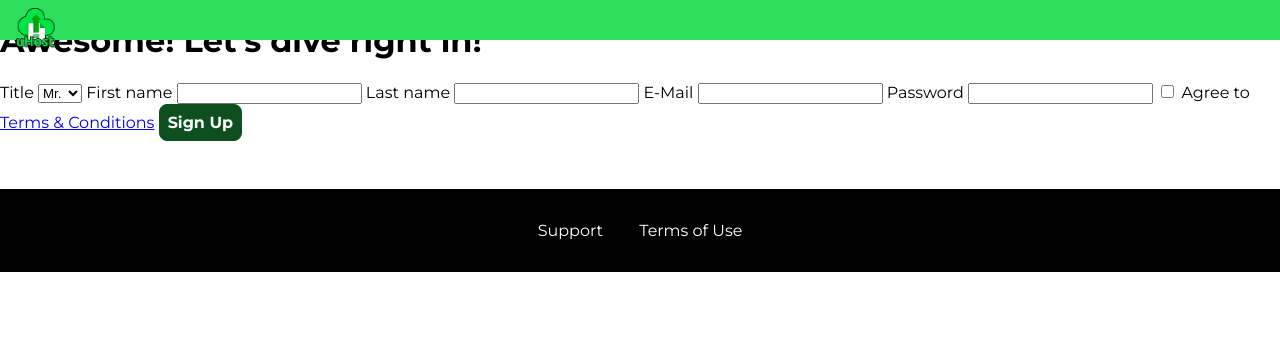
Repository: Nowacki97PL/UdemyCSS
Page: start-hosting/index.html
The author's editor kept a copy of each file at every save. The page is drawn from the files as they stood at one save, then again after the next save.
The browser window is 1280 px wide. The pictures show the whole page.

Above is the page before, as saved 2023-11-30 09:23:54.

### start-hosting/index.html
<!DOCTYPE html>
<html lang="en">

<head>
    <meta charset="UTF-8">
    <meta name="viewport" content="width=device-width, initial-scale=1.0">
    <meta http-equiv="X-UA-Compatible" content="ie=edge">
    <title>uHost Signup</title>
    <link rel="shortcut icon" href="../favicon.png">
    <link href="https://fonts.googleapis.com/css?family=Anton|Montserrat:400,700" rel="stylesheet">
    <link rel="stylesheet" href="../shared.css">
    <link rel="stylesheet" href="start-hosting.css">
</head>

<body>
    <div class="backdrop"></div>
    <header class="main-header">
        <div>
            <button class="toggle-button">
                <span class="toggle-button__bar"></span>
                <span class="toggle-button__bar"></span>
                <span class="toggle-button__bar"></span>
            </button>
            <a href="../index.html" class="main-header__brand">
                <img src="../images/uhost-icon.png" alt="uHost - Your favorite hosting company">
            </a>
        </div>
        <nav class="main-nav">
            <ul class="main-nav__items">
                <li class="main-nav__item">
                    <a href="../packages/index.html">Packages</a>
                </li>
                <li class="main-nav__item">
                    <a href="../customers/index.html">Customers</a>
                </li>
                <li class="main-nav__item main-nav__item--cta">
                    <a href="index.html">Start Hosting</a>
                </li>
            </ul>
        </nav>
    </header>
    <nav class="mobile-nav">
        <ul class="mobile-nav__items">
            <li class="mobile-nav__item">
                <a href="../packages/index.html">Packages</a>
            </li>
            <li class="mobile-nav__item">
                <a href="../customers/index.html">Customers</a>
            </li>
            <li class="mobile-nav__item mobile-nav__item--cta">
                <a href="index.html">Start Hosting</a>
            </li>
        </ul>
    </nav>
    <main class="signup-page">
        <h1 class="signup-title">Awesome! Let's dive right in!</h1>
        <form action="index.html" class="signup-form">
            <label for="title">Title</label>
            <select id="title">
                <option value="mr">Mr.</option>
                <option value="ms">Ms.</option>
            </select>
            <label for="first-name">First name</label>
            <input type="text" id="first-name">
            <label for="last-name">Last name</label>
            <input type="text" id="last-name">
            <label for="email">E-Mail</label>
            <input type="email" id="email">
            <label for="password">Password</label>
            <input type="password" id="password">
            <input type="checkbox" id="agree-terms">
            <label for="agree-terms">Agree to
                <a href="#">Terms &amp; Conditions</a>
            </label>
            <button type="submit" class="button">Sign Up</button>
        </form>
    </main>
    <footer class="main-footer">
        <nav>
            <ul class="main-footer__links">
                <li class="main-footer__link">
                    <a href="#">Support</a>
                </li>
                <li class="main-footer__link">
                    <a href="#">Terms of Use</a>
                </li>
            </ul>
        </nav>
    </footer>
    <script src="../shared.js"></script>
</body>

</html>

### shared.css
* {
  box-sizing: border-box;
}

body {
  font-family: "Montserrat", sans-serif;
  margin: 0;
}

::-webkit-scrollbar {
    width: 0;
}

.backdrop {
  position: fixed;
  display: none;
  top: 0;
  left: 0;
  z-index: 100;
  width: 100vw;
  height: 100vh;
  background: rgba(0, 0, 0, 0.5);
}

.main-header {
  width: 100%;
  position: fixed;
  top: 0;
  left: 0;
  background: #2ddf5c;
  padding: 0.5rem 1rem;
  z-index: 1;
}

.main-header > div {
  display: inline-block;
  vertical-align: middle;
}

.toggle-button {
  width: 3rem;
  background: transparent;
  border: none;
  cursor: pointer;
  padding-top: 0;
  padding-bottom: 0;
  vertical-align: middle;
}

@media (min-width: 40rem) {
  .toggle-button {
    display: none;
  }

  .main-nav {
    display: inline-block;
    text-align: right;
    width: calc(100% - 44px);
    vertical-align: middle;
  }
}

.toggle-button:focus {
  outline: none;
}

.toggle-button__bar {
  width: 100%;
  height: 0.2rem;
  background: black;
  display: block;
  margin: 0.6rem 0;
}

.main-header__brand {
  color: #0e4f1f;
  text-decoration: none;
  font-weight: bold;
  font-size: 1.5rem;
  height: 1.5rem;
  /* width: 20px; */
  display: inline-block;
  vertical-align: middle;
}

.main-header__brand img {
  height: 2.5rem;
  /* width: 100%; */
}

.main-nav {
  display: none;
}

.main-nav__items {
  margin: 0;
  padding: 0;
  list-style: none;
}

@media (max-width: 40rem) {
  .main-nav__items {
    display: none;
  }
}

.main-nav__item {
  display: inline-block;
  margin: 0 1rem;
}

.main-nav__item a,
.mobile-nav__item a {
  text-decoration: none;
  color: #0e4f1f;
  font-weight: bold;
  padding: 0.2rem 0;
}

.main-nav__item a:hover,
.main-nav__item a:active {
  color: white;
  border-bottom: 5px solid white;
}

.main-nav__item--cta a,
.mobile-nav__item--cta a {
  color: white;
  background: #ff1b68;
  padding: 0.5rem 1rem;
  border-radius: 8px;
}

.main-nav__item--cta a:hover,
.main-nav__item--cta a:active,
.mobile-nav__item--cta a:hover,
.mobile-nav__item--cta a:active {
  color: #ff1b68;
  background: white;
  border: none;
}

.main-footer {
  background: black;
  padding: 2rem;
  margin-top: 3rem;
}

.main-footer__links {
  list-style: none;
  margin: 0;
  padding: 0;
  text-align: center;
}

.main-footer__link {
  /* display: inline-block; */
  margin: 1rem 0;
}

@media (min-width: 40rem) {
  .main-footer__link {
    display: inline-block;
    margin: 0 1rem;
  }
}

.main-footer__link a {
  color: white;
  text-decoration: none;
}

.main-footer__link a:hover,
.main-footer__link a:active {
  color: #ccc;
}

.mobile-nav {
  display: none;
  position: fixed;
  z-index: 101;
  top: 0;
  left: 0;
  background: white;
  width: 80%;
  height: 100vh;
}

.mobile-nav__items {
  width: 90%;
  height: 100%;
  list-style: none;
  margin: 10% auto;
  padding: 0;
  text-align: center;
}

.mobile-nav__item {
  margin: 1rem 0;
}

.mobile-nav__item a {
  font-size: 1.5rem;
}

.button {
  background: #0e4f1f;
  color: white;
  font: inherit;
  border: 1.5px solid #0e4f1f;
  padding: 0.5rem;
  border-radius: 8px;
  font-weight: bold;
  cursor: pointer;
}

.button:hover,
.button:active {
  background: white;
  color: #0e4f1f;
}

.button:focus {
  outline: none;
}

.open {
    display: block !important;
}

### start-hosting/start-hosting.css
main {
    pad
}

.singup-title {
    text-align: center;
    font-size: 1.8rem;
    color: #ff5454;
}

### shared.js
var backdrop = document.querySelector('.backdrop');
var modal = document.querySelector(".modal");
var selectPlanButtons = document.querySelectorAll('.plan button');
var modalNoButton = document.querySelector('.modal__action--negative');
var toggleButton = document.querySelector(".toggle-button");
var mobileNav = document.querySelector(".mobile-nav");

for (var i = 0; i < selectPlanButtons.length; i++) {
    selectPlanButtons[i].addEventListener('click', function(){
        // modal.style.display = 'block';
        // backdrop.style.display = 'block';

        modal.classList.add('open')
        backdrop.classList.add('open')
    });
}

backdrop.addEventListener('click', function(){
    // mobileNav.style.display = 'none';
    mobileNav.classList.remove('open');
    closeModal();
});

if (modalNoButton) {
    modalNoButton.addEventListener('click', closeModal)
}


function closeModal() {
    if (modal){
    modal.classList.remove('open');
    }
    backdrop.classList.remove('open');
}

toggleButton.addEventListener('click', function(){
    mobileNav.classList.add('open');
    backdrop.classList.add('open');
});

After the next save:
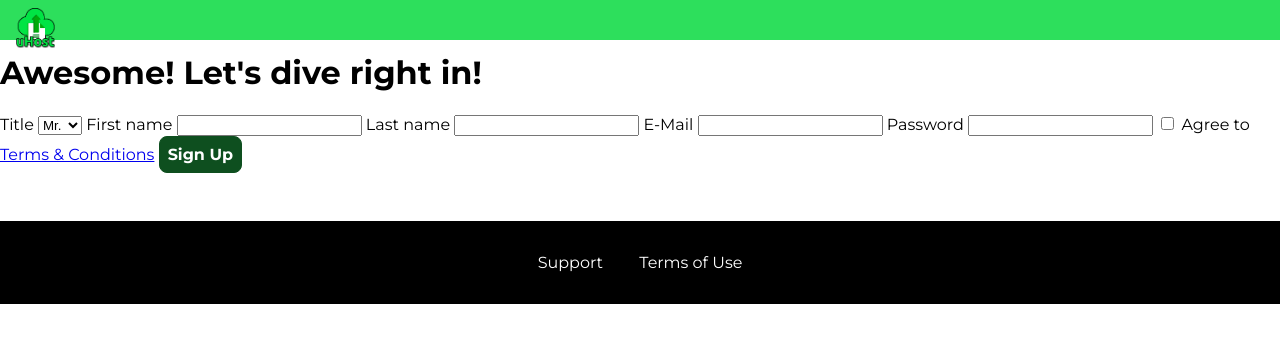
Saved 5 s later.
--- a/start-hosting/start-hosting.css
+++ b/start-hosting/start-hosting.css
@@ -1,5 +1,5 @@
 main {
-    pad
+    padding-top: 2rem;
 }
 
 .singup-title {
